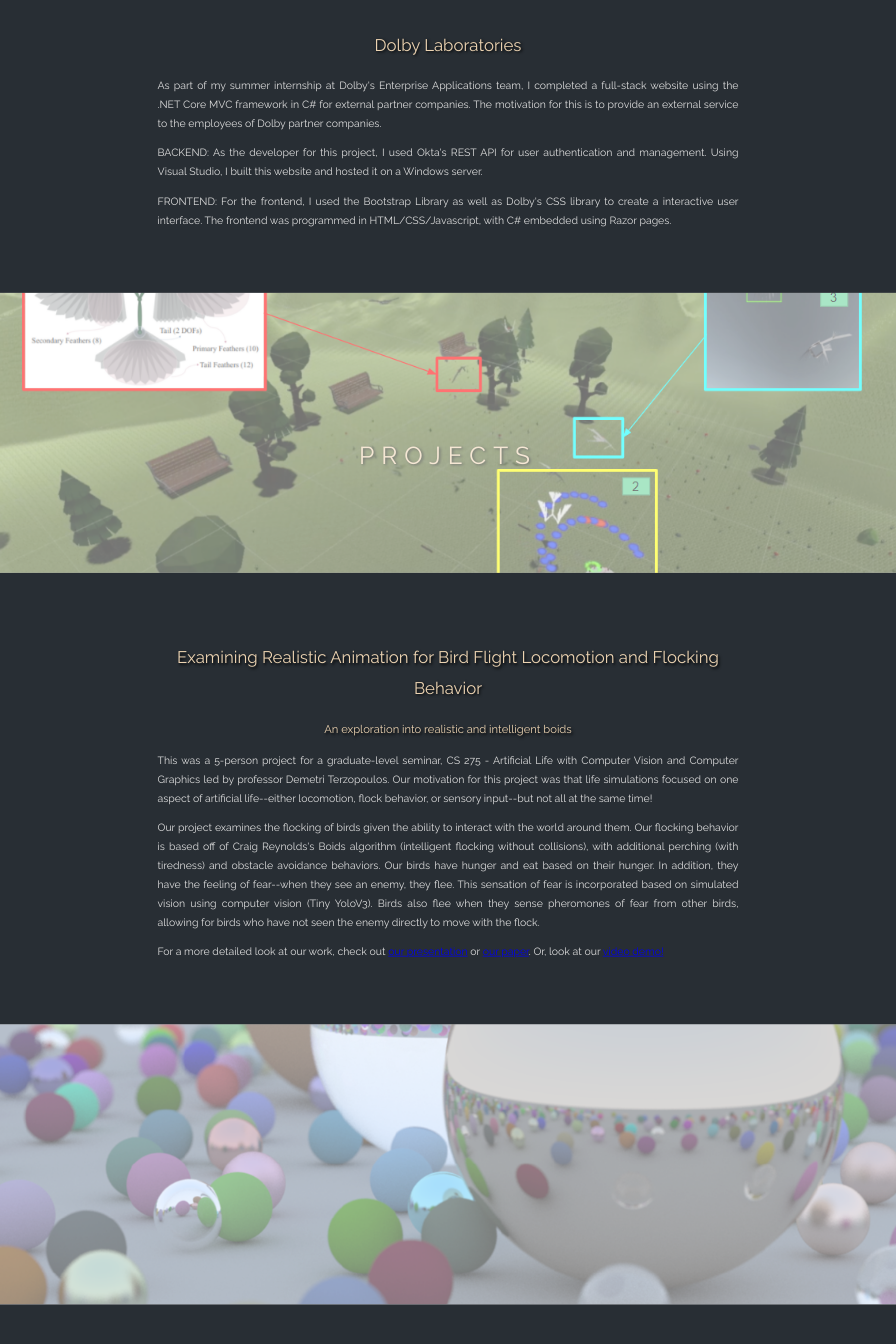
Repository: aliyuanh/me
Page: index.html
An editor plug-in stored every save of this project. The page is shown before and after the next save, followed by the edit.
The browser window is 1280 px wide. The pictures show the part of the page from y = 2239 to 4159 px (the page is 6379 px tall), at 70% of full size.
Backgrounds fixed to the window are drawn as part of the page.

Above is the page before, as saved 2020-09-17 14:10:20.

### index.html
<!DOCTYPE html>
<html>

<head>
    <link href="https://fonts.googleapis.com/css2?family=Raleway:ital,wght@0,100;0,400;1,400;1,500&display=swap" rel="stylesheet">
    <meta name="viewport" content="width=device-width, initial-scale=1">
    <style>
         :root {
            --oxford-blue: #0b132bff;
            --space-cadet: #1c2541ff;
            --cadet-blue: #4da1a9ff;
            --wheat: #edd4b2ff;
            --mountbatten-pink: #9a7aa0ff;
        }

        body,
        html {
            height: 100%;
            margin: 0;
            font: 400 15px/1.8 "Raleway", sans-serif;
            color: #777;
            scroll-behavior: smooth;
        }

        .bgimg-1,
        .bgimg-2,
        .bgimg-3,
        .bgimg-boids,
        .bgimg-raytracer,
        .bgimg-3d4e {
            position: relative;
            opacity: 0.55;
            background-attachment: fixed;
            background-position: center;
            background-repeat: no-repeat;
            background-size: cover;
        }

        .bgimg-1 {
            background-image: url("img/tokyo.jpg");
            min-height: 100%;
        }

        .bgimg-2 {
            background-image: url("img/imagineering.jpg");
            min-height: 400px;
        }

        .bgimg-3 {
            background-image: url("img/dolby.jpg");
            min-height: 400px;
        }

        .bgimg-boids {
            background-image: url("img/boids.png");
            min-height: 400px;
        }

        .bgimg-raytracer {
            background-image: url("img/raytracer.png");
            min-height: 400px;
        }

        .bgimg-3d4e {
            background-image: url("img/table3D4E.JPG");
            min-height: 400px;
        }

        .caption {
            position: absolute;
            left: 0;
            top: 50%;
            width: 100%;
            text-align: center;
            color: #000;
        }

        .caption span.border {
            background-color: var(--oxford-blue);
            color: var(--wheat);
            padding: 18px;
            font-size: 25px;
            letter-spacing: 10px;
        }

        h3 {
            letter-spacing: 5px;
            text-transform: uppercase;
            font: 20px "Raleway", sans-serif;
            color: #111;
        }
        /* Turn off parallax scrolling for tablets and phones */

        .toResume {
            top: 10%;
            width: 100%;
            right: 10%;
            text-align: right;
            color: #000;
            position: absolute;
        }

        .resumeButton {
            background-color: var(--space-cadet);
            color: var(--wheat);
            padding: 18px;
            font-size: 16px;
            letter-spacing: 6px;
        }

        .headers {
            padding: 18px;
            font-size: 25px;
            letter-spacing: 10px;
            background-color: transparent;
            font-size: 35px;
            color: var(--wheat);
            text-shadow: 2px 2px 4px #000;
        }

        .blockForText {
            color: #ddd;
            background-color: #282E34;
            text-align: center;
            padding: 5em 15em;
            text-align: justify;
        }

        .titleForBlock {
            color: var(--wheat);
            background-color: transparent;
            text-align: center;
            top: 1em;
            font-size: x-large;
            text-shadow: 2px 2px 4px #000;
        }

        .toSections {
            color: var(--mountbatten-pink);
            background-color: var(--space-cadet);
            width: fit-content;
            padding: 1em;
            text-decoration: none;
            text-shadow: 2px 2px 4px #000;
        }

        @media only screen and (max-device-width: 1024px) {
            .bgimg-1,
            .bgimg-2,
            .bgimg-3 {
                background-attachment: scroll;
            }
        }
        /* CSS HEX */
    </style>
</head>

<body>

    <div class="bgimg-1">
        <div class="toResume">
            <a class="resumeButton" href="https://drive.google.com/file/d/1WPi9M0jbwAtVQjWsxIvFWxaKqeurGUjf/view?usp=sharing">RESUME</a>
        </div>
        <div class="caption">
            <span class="border">AMANDA HAN</span>
        </div>
        <div class="caption" style="top:60%;">
            <div class="border" style="margin:auto;">
                <a href="#professional" class="toSections">professional</a>
                <a href="#projects" class="toSections">projects</a>
                <a href="#personal" class="toSections">personal</a>
            </div>
        </div>
    </div>

    <div class="blockForText" style="color: #777;background-color:white;">
        <h3 style="text-align:center;">Hi! I'm Amanda.</h3>
        <p> I'm a software developer interested in computer graphics and computer vision. Right now, I'm a junior Computer Science major at UCLA (go Bruins!). If you want to take a look at my coding projects, check out <a href="https://github.com/aliyuanh">my Github</a>.
            And, if you want to connect then message me on <a href="https://www.linkedin.com/in/aliyuanh/">LinkedIn</a>.
        </p>
    </div>

    <div class="bgimg-2" id="professional">
        <div class="caption">
            <span class="headers">PROFESSIONAL EXPERIENCE</span>
        </div>
    </div>

    <div style="position:relative;">
        <div class="blockForText">
            <p class="titleForBlock">Walt Disney Imagineering</p>
            <p>The winter quarter of my sophomore year (Jan 2020-Apr 2020), I was a software development intern in Imagineering's Tech Studio. At Imagineering, I worked on a variety of projects including a CGI/CAD webtool (details under NDA).
            </p>
            <p>
                Technologies used: .NET Core, Azure App Service, Snowflake, Python, REST APIs, 3D APIs
            </p>
        </div>
    </div>

    <div class="bgimg-3">
        <div class="caption">
            <span class="border" style="background-color:transparent;font-size:25px;color: #f7f7f7;"></span>
        </div>
    </div>

    <div style="position:relative;">
        <div class="blockForText">
            <p class="titleForBlock">Dolby Laboratories</p>
            <p>As part of my summer internship at Dolby's Enterprise Applications team, I completed a full-stack website using the .NET Core MVC framework in C# for external partner companies. The motivation for this is to provide an external service to
                the employees of Dolby partner companies.
            </p>
            <p>
                BACKEND: As the developer for this project, I used Okta's REST API for user authentication and management. Using Visual Studio, I built this website and hosted it on a Windows server.
            </p>
            <p>
                FRONTEND: For the frontend, I used the Bootstrap Library as well as Dolby's CSS library to create a interactive user interface. The frontend was programmed in HTML/CSS/Javascript, with C# embedded using Razor pages.
            </p>
        </div>
    </div>

    <div class="bgimg-boids" id="projects">
        <div class="caption">
            <span class="headers">PROJECTS</span>
        </div>
    </div>

    <div style="position:relative;">
        <div class="blockForText">
            <p class="titleForBlock">Examining Realistic Animation for Bird Flight Locomotion and Flocking Behavior </p>
            <p class="titleForBlock" style="font-size:medium; top: 1em;"> An exploration into realistic and intelligent boids</p>
            <p>This was a 5-person project for a graduate-level seminar, CS 275 - Artificial Life with Computer Vision and Computer Graphics led by professor Demetri Terzopoulos. Our motivation for this project was that life simulations focused on one aspect
                of artificial life--either locomotion, flock behavior, or sensory input--but not all at the same time!
            </p>
            <p>Our project examines the flocking of birds given the ability to interact with the world around them. Our flocking behavior is based off of Craig Reynolds's Boids algorithm (intelligent flocking without collisions), with additional perching
                (with tiredness) and obstacle avoidance behaviors. Our birds have hunger and eat based on their hunger. In addition, they have the feeling of fear--when they see an enemy, they flee. This sensation of fear is incorporated based on simulated
                vision using computer vision (Tiny YoloV3). Birds also flee when they sense pheromones of fear from other birds, allowing for birds who have not seen the enemy directly to move with the flock.
            </p>
            <p>For a more detailed look at our work, check out <a href="https://drive.google.com/file/d/1roD6f6O2y-D9oC9Y6kRLfV5ygv2Oxyie/view?usp=sharing">our presentation</a> or <a href="https://drive.google.com/file/d/1EKCrtCoSiOdHSjfQbJRRv11yyhfx--Px/view?usp=sharing">our paper</a>.
                Or, look at our <a href="https://drive.google.com/file/d/12JEu3iI_67wFTZNxgG1uEgkiTlGqgM8I/view?usp=sharing">video demo!</a>
            </p>
        </div>
    </div>

    <div class="bgimg-raytracer">
        <div class="caption">
            <span class="headers"></span>
        </div>
    </div>
    <div style="position:relative;">
        <div class="blockForText">
            <p class="titleForBlock" style="color:var(--mountbatten-pink)">Raytracer</p>
            <p>This is a basic pathtracer for diffuse, glass, and metal materials with a positionable camera! Currently being developed in C++. Based on the guide from Peter Shirley.</p>
            <p>Planned Progress:</p>
            <ol>
                <li>Multithreading</li>
                <li>Directional lights</li>
                <li>Ellipses</li>
                <li>Image Denoising using ML in Python (inspired by ACM Siggraph's Machine Learning and Neural Networks course)</li>
            </ol>
        </div>
    </div>


    <div class="bgimg-3d4e" id="personal">
        <div class="caption">
            <span class="headers">Personal</span>
        </div>
    </div>
    <div style="position:relative;">
        <div class="blockForText">
            <p class="titleForBlock" style="color:var(--mountbatten-pink)">3D4E</p>
            <p>In my free time, I'm the Vice President of 3D4E@UCLA (3D Printing for Everyone). Projects I've worked on include:</p>
            <ol>
                <li>Musical Instruments (recorder, tambourine)</li>
                <li>Hexaglow - a 3D printed, motion activated glove</li>
                <li>D-bot - an open source 3D printed 3D printer</li>
            </ol>
            <p>As Vice President, I deal with all the administrative details and recruitment, as well as leading some workshops on 3D modeling and printing.</p>
            <p>I've also co-led the initiative with AIRES (AI Ethics Society @ UCLA) to 3D print face shields (PPE) for local hospitals. </p>
            <p> Software I use for 3D modeling/3D printing includes:</p>
            <ol>
                <li>Fusion 360</li>
                <li>Autodesk Maya</li>
                <li>Zbrush (Core)</li>
                <li>MeshMixer</li>
                <li>Slicers (Cura, Simplify3D, PrusaSlicer)</li>
            </ol>
        </div>
    </div>

    <div class="bgimg-1">
        <div class="caption">
            <span class="border"><a href="mailto: aliyuanh@ucla.edu" style="color:#ddd ">Email me!</a></span>
        </div>
    </div>

</body>

</html>

After the next save:
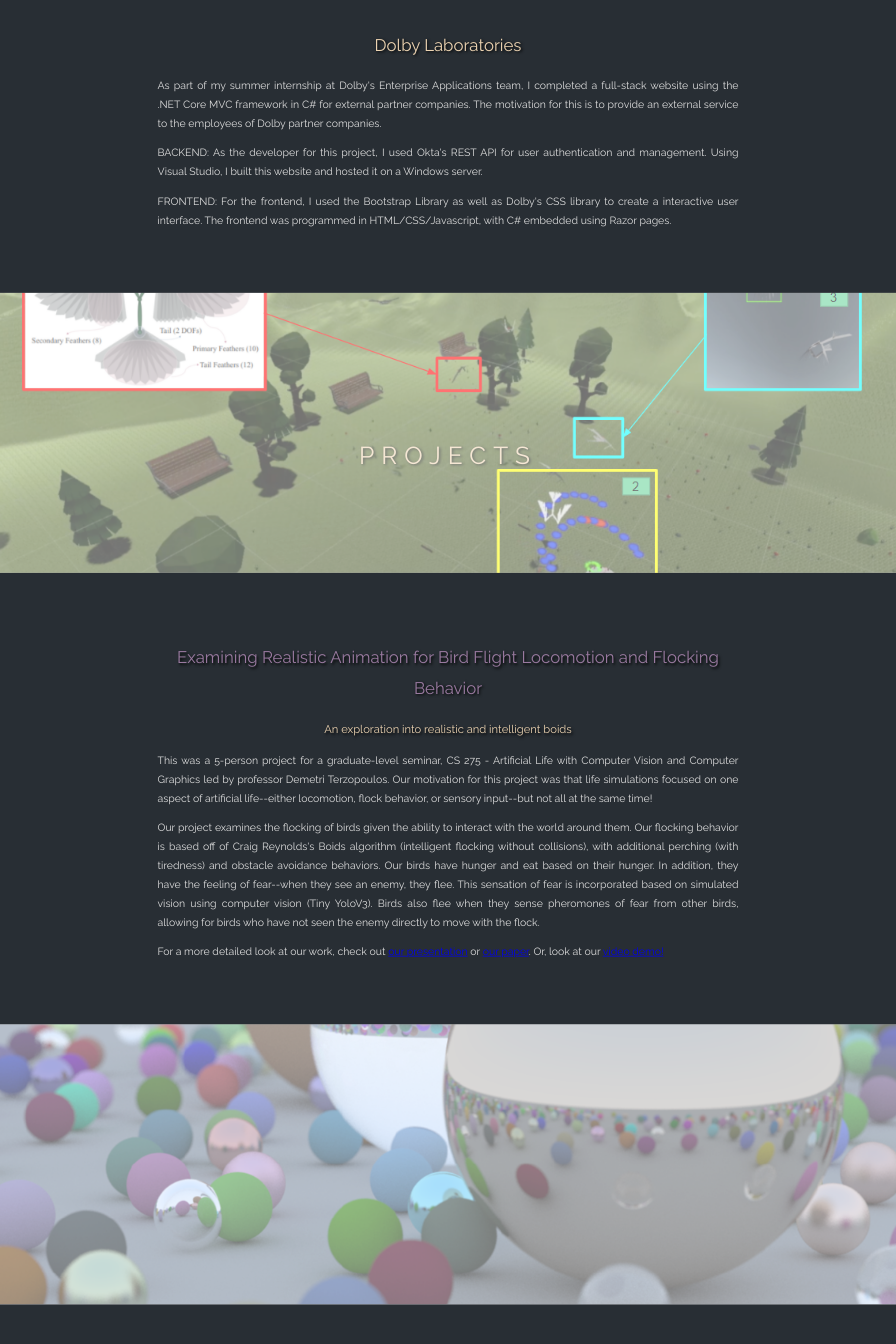
Saved 5 s later.
--- a/index.html
+++ b/index.html
@@ -226,7 +226,7 @@
 
     <div style="position:relative;">
         <div class="blockForText">
-            <p class="titleForBlock">Examining Realistic Animation for Bird Flight Locomotion and Flocking Behavior </p>
+            <p class="titleForBlock" style="color:var(--mountbatten-pink)">Examining Realistic Animation for Bird Flight Locomotion and Flocking Behavior </p>
             <p class="titleForBlock" style="font-size:medium; top: 1em;"> An exploration into realistic and intelligent boids</p>
             <p>This was a 5-person project for a graduate-level seminar, CS 275 - Artificial Life with Computer Vision and Computer Graphics led by professor Demetri Terzopoulos. Our motivation for this project was that life simulations focused on one aspect
                 of artificial life--either locomotion, flock behavior, or sensory input--but not all at the same time!
